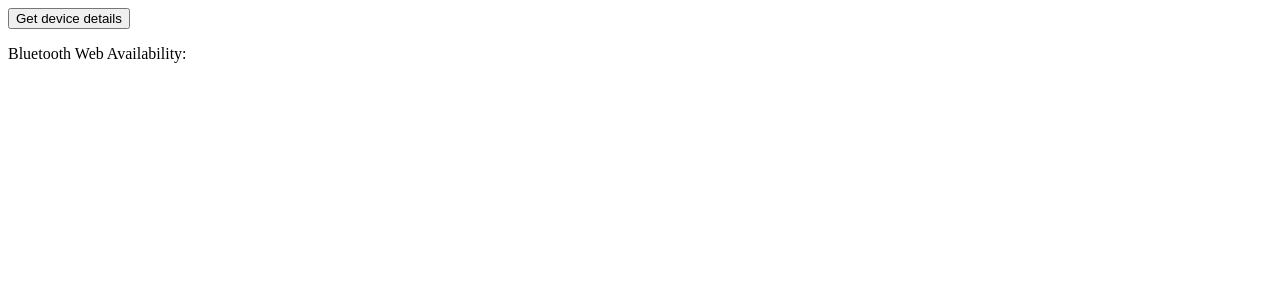
Repository: anjandash/authpass
Page: index.html
The author's editor kept a copy of each file at every save. The page is drawn from the files as they stood at one save, then again after the next save.
The browser window is 1280 px wide. The pictures show the whole page.

Above is the page before, as saved 2021-11-12 21:02:34.

### index.html
<!DOCTYPE html>
<html lang="en">
  <head>
    <meta charset="UTF-8" />
    <meta http-equiv="X-UA-Compatible" content="IE=edge" />
    <meta name="viewport" content="width=device-width, initial-scale=1.0" />
    <title>Document</title>
  </head>
  <body>
    <button id="getDetails">Get device details</button>
    <div id="details"></div>

    <div>
        <p>Bluetooth Web Availability: </p>
    </div>

    <script src="script.js"></script>
  </body>
</html>

### script.js
const button = document.getElementById("getDetails");
const details = document.getElementById("details");

function isWebBluetoothEnabled() {
    if (!navigator.bluetooth) {
        console.log('Web Bluetooth API is not available in this browser!')
        document.getElementById('bluetoothState').innerText = 'Not available'
        return false
    }
    document.getElementById('bluetoothState').innerText = 'Available'
    return true
}

button.addEventListener("click", async () => {
  try {
    // Request the Bluetooth device through browser
    const device = await navigator.bluetooth.requestDevice({
      optionalServices: ["battery_service", "device_information"],
      acceptAllDevices: true,
    });

    // Connect to the GATT server
    // We also get the name of the Bluetooth device here
    let deviceName = device.gatt.device.name;
    const server = await device.gatt.connect();

    // Getting the services we mentioned before through GATT server
    const batteryService = await server.getPrimaryService("battery_service");
    const infoService = await server.getPrimaryService("device_information");

    // Getting the current battery level
    const batteryLevelCharacteristic = await batteryService.getCharacteristic(
      "battery_level"
    );
    // Convert recieved buffer to number
    const batteryLevel = await batteryLevelCharacteristic.readValue();
    const batteryPercent = await batteryLevel.getUint8(0);

    // Getting device information
    // We will get all characteristics from device_information
    const infoCharacteristics = await infoService.getCharacteristics();

    console.log(infoCharacteristics);

    let infoValues = [];

    const promise = new Promise((resolve, reject) => {
      infoCharacteristics.forEach(async (characteristic, index, array) => {
        // Returns a buffer
        const value = await characteristic.readValue();
        console.log(new TextDecoder().decode(value));
        // Convert the buffer to string
        infoValues.push(new TextDecoder().decode(value));
        if (index === array.length - 1) resolve();
      });
    });

    promise.then(() => {
      console.log(infoValues);
      // Display all the information on the screen
      // use innerHTML
      details.innerHTML = `
      Device Name - ${deviceName}<br />
      Battery Level - ${batteryPercent}%<br />
      Device Information:
      <ul>
        ${infoValues.map((value) => `<li>${value}</li>`).join("")}
      </ul>
    `;
    });
  } catch (err) {
    console.log(err);
    alert("An error occured while fetching device details");
  }
});

After the next save:
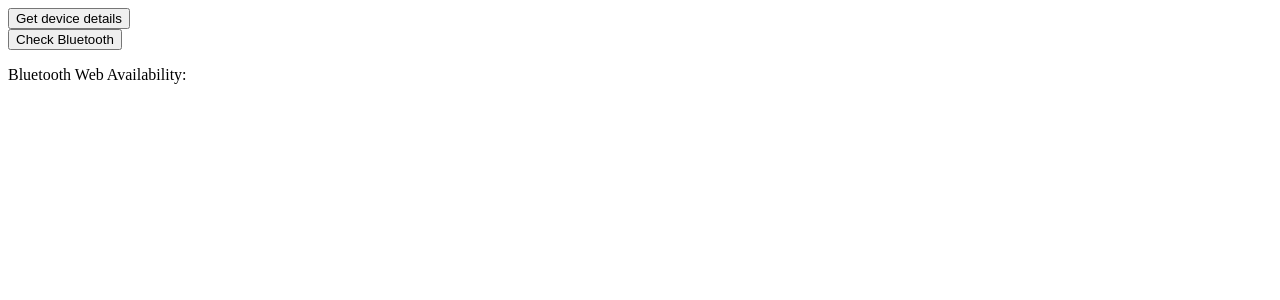
Saved 40 s later.
--- a/index.html
+++ b/index.html
@@ -11,6 +11,7 @@
     <div id="details"></div>
 
     <div>
+        <button id="get">Check Bluetooth</button>
         <p>Bluetooth Web Availability: </p>
     </div>
 
